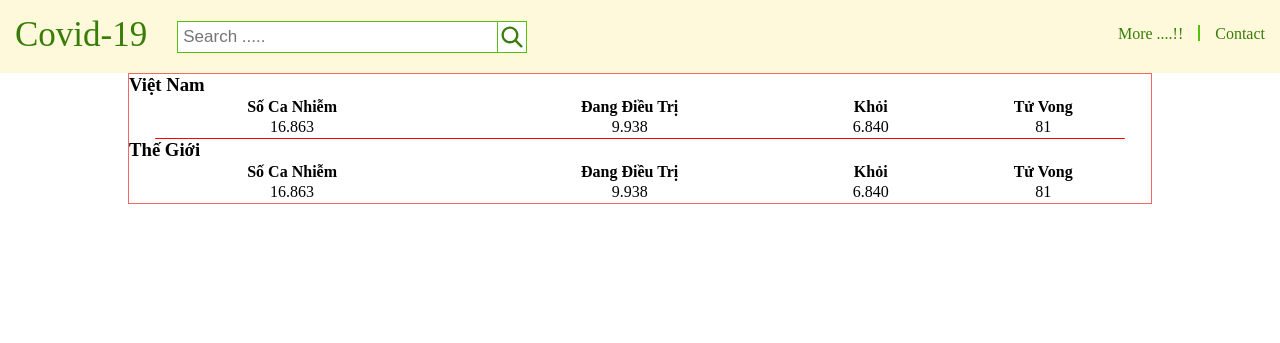
Repository: thuongton98/Covid
Page: html-css-js/index.html
An editor plug-in stored every save of this project. The page is shown before and after the next save, followed by the edit.
The browser window is 1280 px wide. The pictures show the whole page.

Above is the page before, as saved 2021-07-01 09:48:21.

### html-css-js/index.html
<!DOCTYPE html>
<html lang="en">
<head>
    <meta charset="UTF-8">
    <meta http-equiv="X-UA-Compatible" content="IE=edge">
    <meta name="viewport" content="width=device-width, initial-scale=1.0">

    <link rel="stylesheet" href="./styles.css">
    <title>Covid-19</title>
</head>
<body>
    <nav>
        <div class="icon">
            <div class="icon-i">Covid-19</div>
            <div class="icon-search">
                <input type="text" placeholder="Search .....">
                <svg fill="#000000" xmlns="http://www.w3.org/2000/svg"  viewBox="0 0 48 48" width="48px" height="48px"><path d="M 20.5 6 C 12.515556 6 6 12.515562 6 20.5 C 6 28.484438 12.515556 35 20.5 35 C 23.773158 35 26.788919 33.893018 29.220703 32.050781 L 38.585938 41.414062 A 2.0002 2.0002 0 1 0 41.414062 38.585938 L 32.050781 29.220703 C 33.893017 26.788918 35 23.773156 35 20.5 C 35 12.515562 28.484444 6 20.5 6 z M 20.5 10 C 26.322685 10 31 14.677319 31 20.5 C 31 23.295711 29.914065 25.820601 28.148438 27.697266 A 2.0002 2.0002 0 0 0 27.701172 28.144531 C 25.824103 29.912403 23.29771 31 20.5 31 C 14.677315 31 10 26.322681 10 20.5 C 10 14.677319 14.677315 10 20.5 10 z"/></svg>
            </div>

        </div>
        <ul class="nav-i">
            <li>More ....!!</li>
            <li>Contact</li>
        </ul>
    </nav>
    <section class="case">
        <div>
            <h3>Việt Nam</h3>
            <table>

                <tr>
                    <th>Số Ca Nhiễm</th>
                    <th>Đang Điều Trị</th>
                    <th>Khỏi</th>
                    <th>Tử Vong</th>
                </tr>
                <tr>
                    <td>16.863</td>
                    <td>9.938</td>
                    <td>6.840</td>
                    <td>81</td>
                </tr>

            </table>
           <div class="line"></div>
            <h3>Thế Giới</h3>
            <table>
                <tr>
                    <th>Số Ca Nhiễm</th>
                    <th>Đang Điều Trị</th>
                    <th>Khỏi</th>
                    <th>Tử Vong</th>
                </tr>
                <tr>
                    <td>16.863</td>
                    <td>9.938</td>
                    <td>6.840</td>
                    <td>81</td>
                </tr>
            </table>
            </table>
        </div>
    </section>
</body>
</html>

### html-css-js/styles.css

*{
    padding: 0;
    margin: 0;
    box-sizing: border-box;
}



nav{
    background-color: #fff9db;
    display: flex;
    justify-content: space-between;
    padding:15px
}


nav .icon{
    display: flex;
}

nav .nav-i{
    display: flex;
}

nav .nav-i li{
    list-style: none;
    padding-right: 15px;
    padding-top:10px;
    color:#397d09;
    cursor: pointer;

}

nav .nav-i li:hover{
    color:#57bf0d;
}

nav .nav-i li:last-child{
    padding-right:0;
}

nav .nav-i li:after{
    content: '';
    border: 1px solid #57bf0d;
    margin-left:15px;
    font-size: 12px;
    position: relative;
    top:-2px;
}

nav .nav-i li:last-child::after{
    display: none;
}

nav .icon .icon-i{
    font-size: 35px;
    color: #397d09;
    cursor: pointer;
}

nav .icon .icon-search{
    margin-left:30px;
    position: relative;
   top:-5px;
}


nav .icon .icon-search input{
   padding: 5px;
   width: 350px;
   outline: none;
   border: none;
   font-size: 17px;
   border:1px solid #57bf0d;


}

nav .icon .icon-search svg{
    fill: #397d09;
    cursor: pointer;
    width: 30px;
    height: 32px;
    position: relative;
    border: 1px solid #57bf0d;
    position: relative;
    left: -34px;
    top:11px;
}

nav .icon .icon-search svg:hover{

    fill:#57bf0d
}

.case{
    padding-left: 10%;
    padding-right: 10%;
}

.case div{
    border: 1px solid #f56767;

}
.case .line{
    border-top: 1px solid red;
    border-bottom: none;
    width: 95%;
    margin: 0 auto;
}
.case div table{

    width: 100%;
}

.case div table td{
    text-align: center;
}

After the next save:
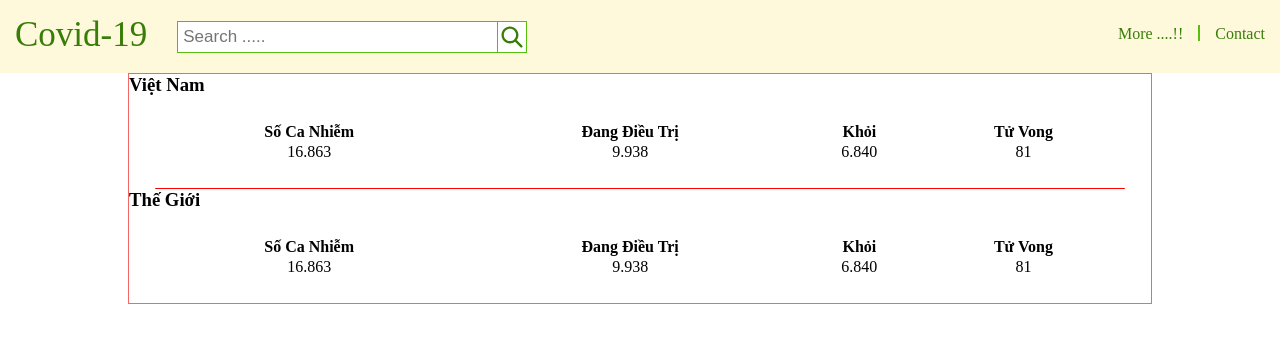
Saved 9 s later.
--- a/html-css-js/styles.css
+++ b/html-css-js/styles.css
@@ -110,7 +110,7 @@ nav .icon .icon-search svg:hover{
     margin: 0 auto;
 }
 .case div table{
-
+   padding: 25px;
     width: 100%;
 }
 
